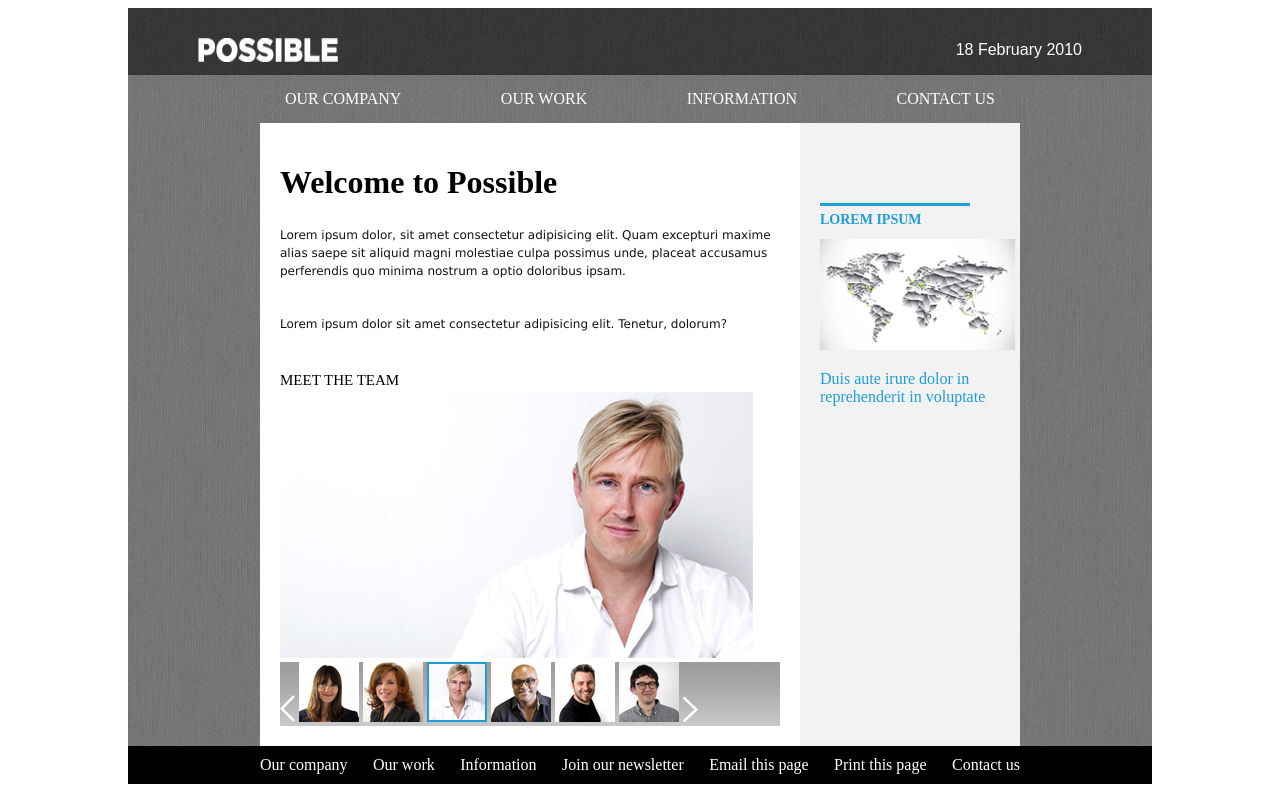
Repository: grzegorzgebala/possible-site
Page: index.html
These files come from the project's save history. The page is drawn as it stood at one moment and after the next save; the edit follows.
The browser window is 1280 px wide. The pictures show the whole page.
The style sheet was rebuilt from its Sass, Less or Tailwind sources for each picture, by a compiler version that may differ from the author's.

Above is the page before, as saved 2020-02-15 23:36:16.

### index.html
<!DOCTYPE html>
<html>
	<head>
		<meta charset="utf-8">
		<link rel="stylesheet" type="text/css" href="css/style.css">
		<title>Possible page</title>
	</head>
	<body>
        <div class="container">
            <header>
                <img src="images/logo.png" alt="possible logo">
                <div class="date">18 February 2010</div>
            </header>
            <nav class="menu">
                <ul>
                    <li>our company</li>
                    <li>our work</li>
                    <li>information</li>
                    <li>contact us</li>
                </ul>
            </nav>
            <div class="mainSite">
                <div class="leftSide">
                    <h1>Welcome to Possible</h1>
                    <article>Lorem ipsum dolor, sit amet consectetur adipisicing elit. Quam excepturi maxime alias saepe sit aliquid magni molestiae culpa possimus unde, placeat accusamus perferendis quo minima nostrum a optio doloribus ipsam.</article>
                    <article>Lorem ipsum dolor sit amet consectetur adipisicing elit. Tenetur, dolorum?</article>
                    <div class="meetTitle">Meet the team</div>
                    <div class="carousel">
                        <img src="/images/employees/picture1.png" alt="possible logo">
                        <div class="carousele">
                            <img src="/images/icons/leftArrow.png" alt="leftArrow">
                            <img src="/images/employees/min1.png" alt="person1">
                            <img src="/images/employees/min2.png" alt="person2">
                            <img src="/images/employees/min3.png" alt="person3">
                            <img src="/images/employees/min4.png" alt="person4">
                            <img src="/images/employees/min5.png" alt="person5">
                            <img src="/images/employees/min6.png" alt="person6">
                            <img src="/images/icons/rightArrow.png" alt="rightArrow">
                            <!-- <img src="/images/employees/min7.png" alt="person7">
                            <img src="/images/employees/min8.png" alt="person8">
                            <img src="/images/employees/min9.png" alt="person9">
                            <img src="/images/employees/min10.png" alt="person10"> -->
                        </div>
                    </div>
                </div>
                <div class="rightSide">
                    <div class="rightTitle">lorem ipsum</div>
                    <img src="/images/map.png" alt="map">
                    <p>Duis aute irure dolor  in reprehenderit in voluptate</p>
                </div>
            </div>
            <footer>
                <ul>
                    <li>our company</li>
                    <li>our work</li>
                    <li>information</li>
                    <li>join our newsletter</li>
                    <li>email this page</li>
                    <li>print this page</li>
                    <li>contact us</li>
                </ul>
            </footer>
        </div>
	</body>
</html>

### sass/style.scss
// variables
$menuElementsColor: #ffffff;
$contentElementsColor: #000000;
$footerBackgroundColor: #000000;
$menuHooverColor: #000000;
$activeMenuColor: #1d9ed9;
$sideMenuColor: #1d9ed9;
$fontMenu: "Proxima Nova";
$leftSideBackgroundColor: #ffffff;
$rightSideBackgroundColor: #f2f2f2;
$contentHeaderFont: "Proxima Nova";
$contentDescriptionFont: "Verdana";
$contentColor: #121212;

// page style
.container {
    max-width: 1024px;
    margin: 0 auto;
    background-image: url("/images/mainBackground.png");
}

// header style
header {
    background-image: url("/images/backgroundHeader.png");
    display: flex;
    justify-content: space-between;
    padding: 30px 70px 13px 70px;

    .date {
        color: $menuElementsColor;
        // font-size: 12px;
        line-height: 24px;
        font-family: "Arial";
        // font-weight: bold;
    }
}

// menu
.menu ul {
    max-width: 760px;
    margin: 5px auto;
    display: flex;
    justify-content: space-between;
    list-style-type: none;
    color: $menuElementsColor;
    text-transform: uppercase;
    padding: 0;

    :hover {
        background-color: $menuHooverColor;
        color: $activeMenuColor;
        cursor: pointer;
    }

    li {
        padding: 10px 25px;
    }
}

// main content
.mainSite {
    max-width: 760px;
    margin: 0 auto;
    display: flex;
    justify-content: center;
    flex-direction: row;

    .leftSide {
        width: 100%;
        background-color: $leftSideBackgroundColor;
        padding: 20px;

        h1 {
            font-family: $contentHeaderFont;
        }

        article {
            font-family: $contentDescriptionFont;
            font-size: 12px;
            line-height: 18px;
            color: $contentColor;
            margin-top: 25px;
            margin-bottom: 35px;
        }
        .meetTitle {
            font-size: 15px;
            line-height: 24px;
            text-transform: uppercase;
            color: $contentElementsColor;
            font-family: $contentHeaderFont;
        }

        .carousele {
            overflow: hidden;
            background-image: url("/images/carouseleBackground.png");
            // display: flex;
            // justify-content: space-between;
        }
    }


    .rightSide {
        background-color: $rightSideBackgroundColor;
        width: 40%;
        padding-left: 20px;

        .rightTitle {
            text-transform: uppercase;
            color: $sideMenuColor;
            font-weight: bold;
            font-size: 14px;
            line-height: 18px;
            border-top: 3px solid $sideMenuColor;
            width: 150px;
            margin-top: 80px;
            margin-bottom: 10px;
            padding-top: 5px;
        }

        p {
            color: $sideMenuColor;
        }
    }

}

// footer
footer {
    background: $footerBackgroundColor;
}

footer ul {
    display: flex;
    justify-content: space-between;
    max-width: 760px;
    margin: 0 auto;
    list-style-type: none;
    color: $menuElementsColor;
    background: $footerBackgroundColor;
    padding: 10px;

    :hover {
        color: $activeMenuColor;
        cursor: pointer;
    }

    li::first-letter {
        text-transform: uppercase;
    }
}

After the next save:
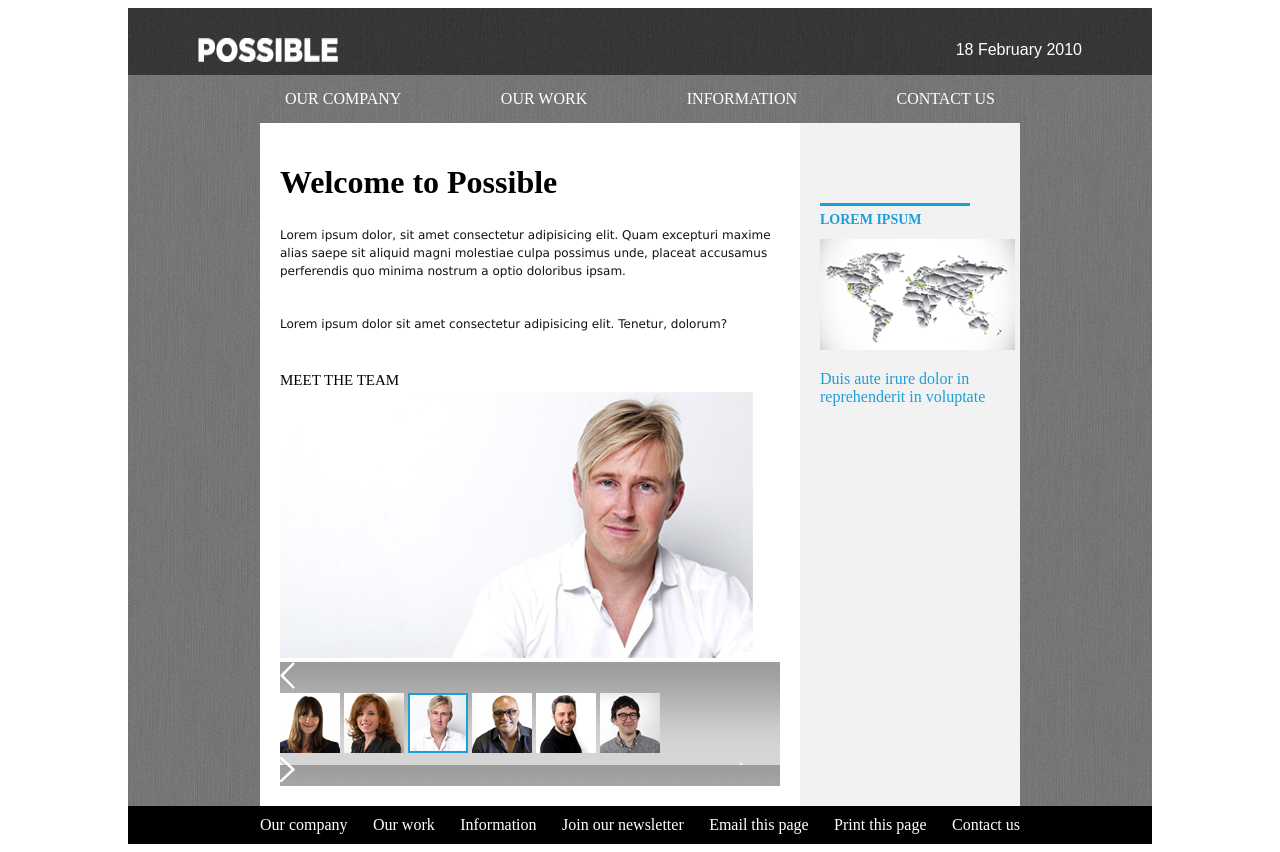
Saved 52 s later.
--- a/index.html
+++ b/index.html
@@ -28,14 +28,18 @@
                     <div class="carousel">
                         <img src="/images/employees/picture1.png" alt="possible logo">
                         <div class="carousele">
-                            <img src="/images/icons/leftArrow.png" alt="leftArrow">
+                            <div>
+                                <img src="/images/icons/leftArrow.png" alt="leftArrow">
+                            </div>
                             <img src="/images/employees/min1.png" alt="person1">
                             <img src="/images/employees/min2.png" alt="person2">
                             <img src="/images/employees/min3.png" alt="person3">
                             <img src="/images/employees/min4.png" alt="person4">
                             <img src="/images/employees/min5.png" alt="person5">
                             <img src="/images/employees/min6.png" alt="person6">
-                            <img src="/images/icons/rightArrow.png" alt="rightArrow">
+                            <div>
+                                <img src="/images/icons/rightArrow.png" alt="rightArrow">
+                            </div>
                             <!-- <img src="/images/employees/min7.png" alt="person7">
                             <img src="/images/employees/min8.png" alt="person8">
                             <img src="/images/employees/min9.png" alt="person9">
